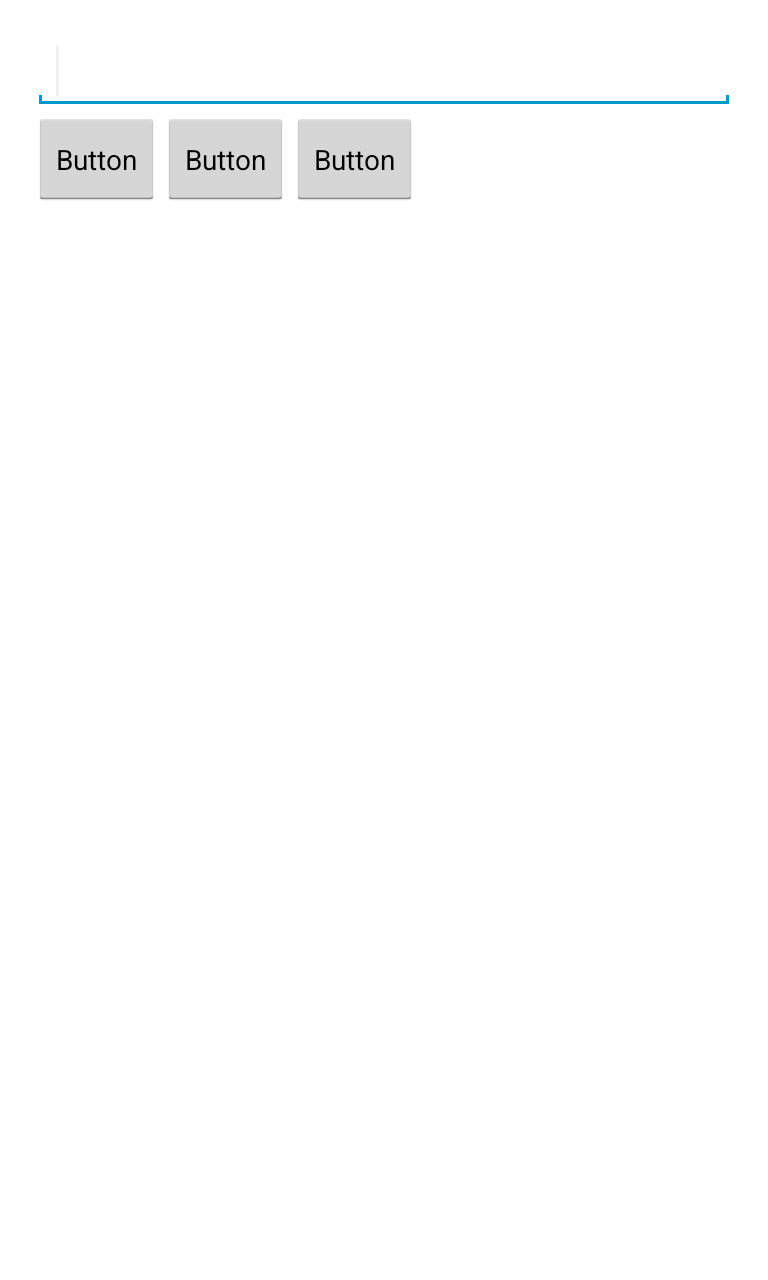
Repository: heatherpriceonline/tapia2014
Layout: Now/res/layout/activity_main.xml
The author's editor kept a copy of each file at every save. The layout is drawn from the files as they stood at one save, then again after the next save.
It is drawn on a 768 x 1280 px phone screen (xhdpi) without system bars, with theme AppTheme; the app's code is not run.

Above is the layout before, as saved 2014-02-08 19:32:01.

### Now/res/layout/activity_main.xml
<RelativeLayout xmlns:android="http://schemas.android.com/apk/res/android"
    xmlns:tools="http://schemas.android.com/tools"
    android:layout_width="match_parent"
    android:layout_height="match_parent"
    android:paddingBottom="@dimen/activity_vertical_margin"
    android:paddingLeft="@dimen/activity_horizontal_margin"
    android:paddingRight="@dimen/activity_horizontal_margin"
    android:paddingTop="@dimen/activity_vertical_margin"
    tools:context=".MainActivity" >

    <TabHost
        android:id="@android:id/tabhost"
        android:layout_width="match_parent"
        android:layout_height="match_parent"
        android:layout_alignParentLeft="true"
        android:layout_alignParentTop="true" >

        <LinearLayout
            android:layout_width="match_parent"
            android:layout_height="match_parent"
            android:orientation="vertical" >

            <TabWidget
                android:id="@android:id/tabs"
                android:layout_width="match_parent"
                android:layout_height="wrap_content" >
            </TabWidget>

            <FrameLayout
                android:id="@android:id/tabcontent"
                android:layout_width="match_parent"
                android:layout_height="match_parent" >

                <LinearLayout
                    android:id="@+id/Today"
                    android:layout_width="match_parent"
                    android:layout_height="match_parent"
                    android:orientation="vertical">

                    <EditText
                        android:id="@+id/editText1"
                        android:layout_width="match_parent"
                        android:layout_height="wrap_content"
                        android:ems="10" >

                        <requestFocus />
                    </EditText>

                    <LinearLayout
                        android:layout_width="match_parent"
                        android:layout_height="wrap_content" >

                        <Button
                            android:id="@+id/button1"
                            style="?android:attr/buttonStyleSmall"
                            android:layout_width="wrap_content"
                            android:layout_height="wrap_content"
                            android:text="Button" />

                        <Button
                            android:id="@+id/button2"
                            style="?android:attr/buttonStyleSmall"
                            android:layout_width="wrap_content"
                            android:layout_height="wrap_content"
                            android:text="Button" />

                        <Button
                            android:id="@+id/button3"
                            style="?android:attr/buttonStyleSmall"
                            android:layout_width="wrap_content"
                            android:layout_height="wrap_content"
                            android:text="Button" />

                    </LinearLayout>

                </LinearLayout>

                <LinearLayout
                    android:id="@+id/tab2"
                    android:layout_width="match_parent"
                    android:layout_height="match_parent" >
                </LinearLayout>

                <LinearLayout
                    android:id="@+id/tab3"
                    android:layout_width="match_parent"
                    android:layout_height="match_parent" >
                </LinearLayout>
            </FrameLayout>
        </LinearLayout>
    </TabHost>

</RelativeLayout>

Loaded but not shown: Now/res/values/styles.xml (common file); Now/res/values-v11/styles.xml (common file); Now/res/values-v14/styles.xml (common file); Now/res/values/dimens.xml (common file)

After the next save:
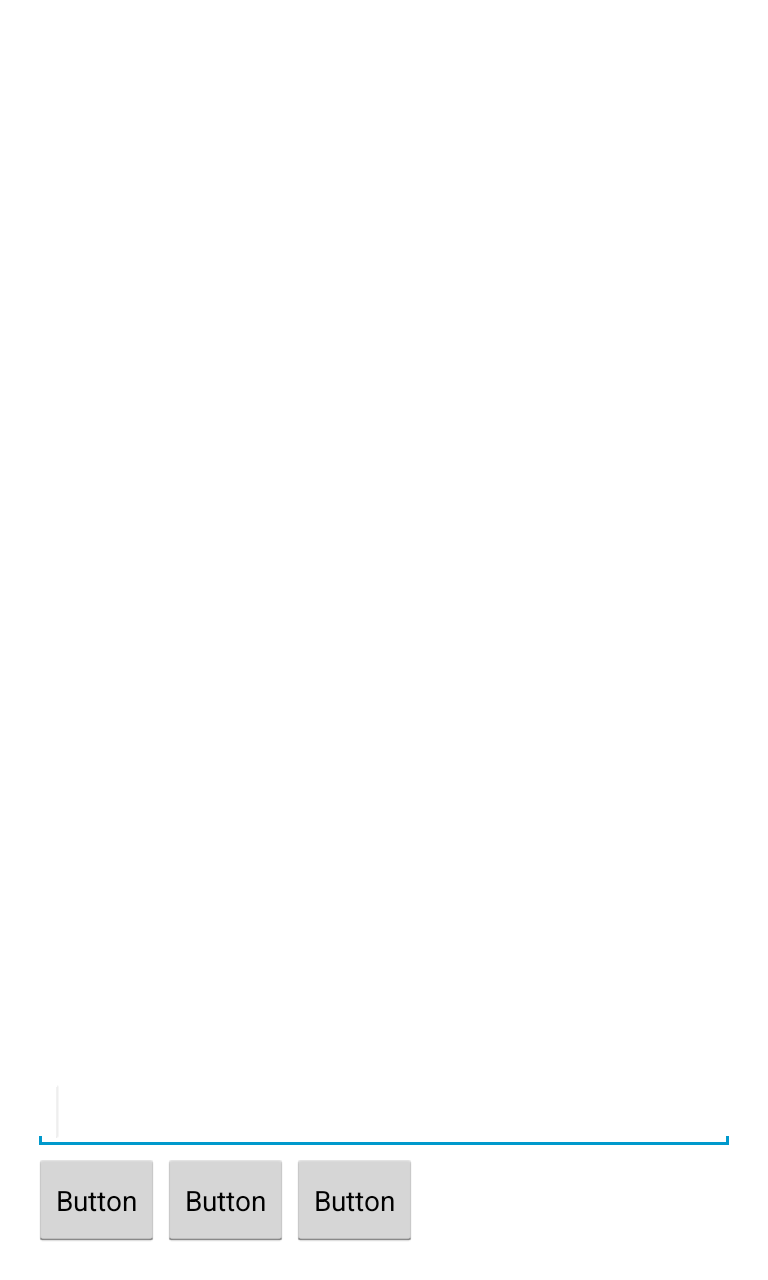
Saved 14 s later.
--- a/Now/res/layout/activity_main.xml
+++ b/Now/res/layout/activity_main.xml
@@ -35,7 +35,8 @@
                     android:id="@+id/Today"
                     android:layout_width="match_parent"
                     android:layout_height="match_parent"
-                    android:orientation="vertical">
+                    android:gravity="bottom"
+                    android:orientation="vertical" >
 
                     <EditText
                         android:id="@+id/editText1"
